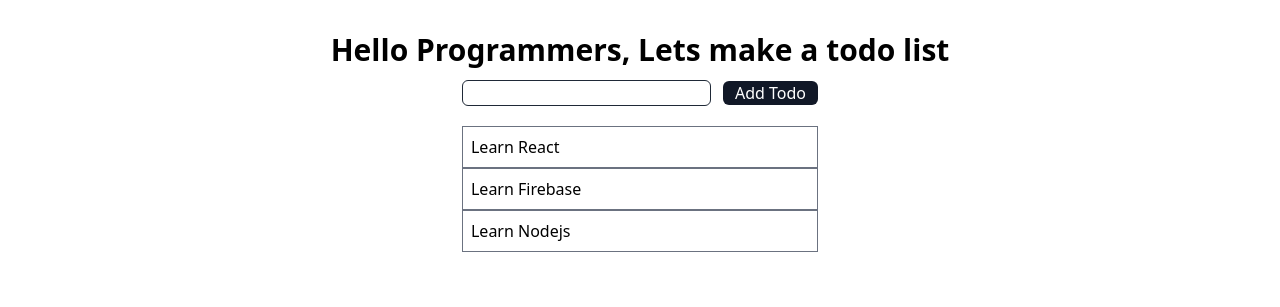
Repository: Shamraiz761/todo_list
Page: /
The author's editor kept a copy of each file at every save. The page is drawn from the files as they stood at one save, then again after the next save.
The browser window is 1280 px wide. The pictures show the whole page.
The project was rebuilt for these pictures with package versions that can differ from the ones it lists, and the page was loaded fresh each time. Also part of the build but not shown: vite.config.js.

Above is the page before, as saved 2024-01-11 22:40:34.

### src/App.jsx
import { useState } from "react";

function App() {
  const [todo, setTodo] = useState([
    "Learn React",
    "Learn Firebase",
    "Learn Nodejs",
  ]);
  const [input, setInput] = useState("");
  const addTodo = (e) => {
    e.preventDefault();
    setTodo([...todo, input]);
    setInput("");
  };

  return (
    <div className="m-5 p-3 ">
      <h1 className="text-3xl font-bold  text-center">
        Hello Programmers, Lets make a todo list
      </h1>
      <div className="flex justify-center items-center my-3">
        <div>
          <form>
            <input
              type="text"
              value={input}
              className="border border-gray-800 mr-3  px-2 rounded-md"
              onChange={(e) => {
                setInput(e.target.value);
              }}
            />
            <button className="px-3 bg-gray-900 rounded-md text-white font-medium" onClick={addTodo}>Add Todo</button>
          </form>
          <ul className="my-5">
            {todo.map((item, index) => {
              return <li className="border border-gray-500 pl-2 py-2 " key={index}>{item}</li>;
            })}
          </ul>
        </div>
      </div>
    </div>
  );
}

export default App;

Loaded but not shown: index.html (common file); src/main.jsx (common file); src/index.css (common file); tailwind.config.js (common file)

After the next save:
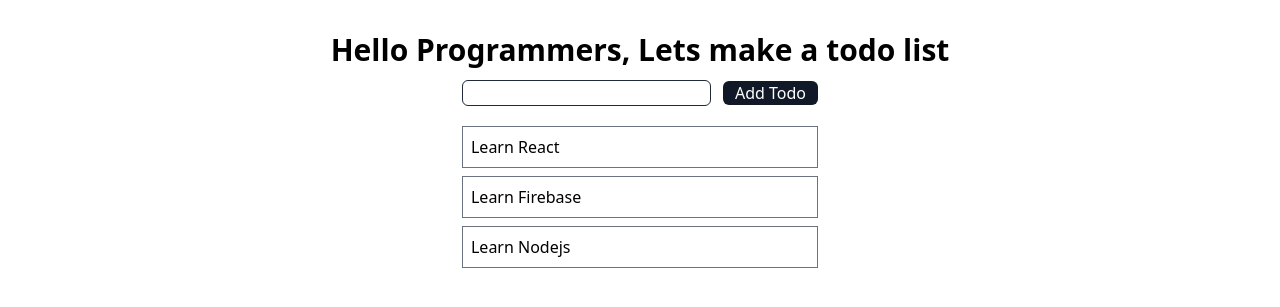
Saved 12 s later.
--- a/src/App.jsx
+++ b/src/App.jsx
@@ -33,7 +33,7 @@ function App() {
           </form>
           <ul className="my-5">
             {todo.map((item, index) => {
-              return <li className="border border-gray-500 pl-2 py-2 " key={index}>{item}</li>;
+              return <li className="border border-gray-500 pl-2 py-2 mb-2" key={index}>{item}</li>;
             })}
           </ul>
         </div>
